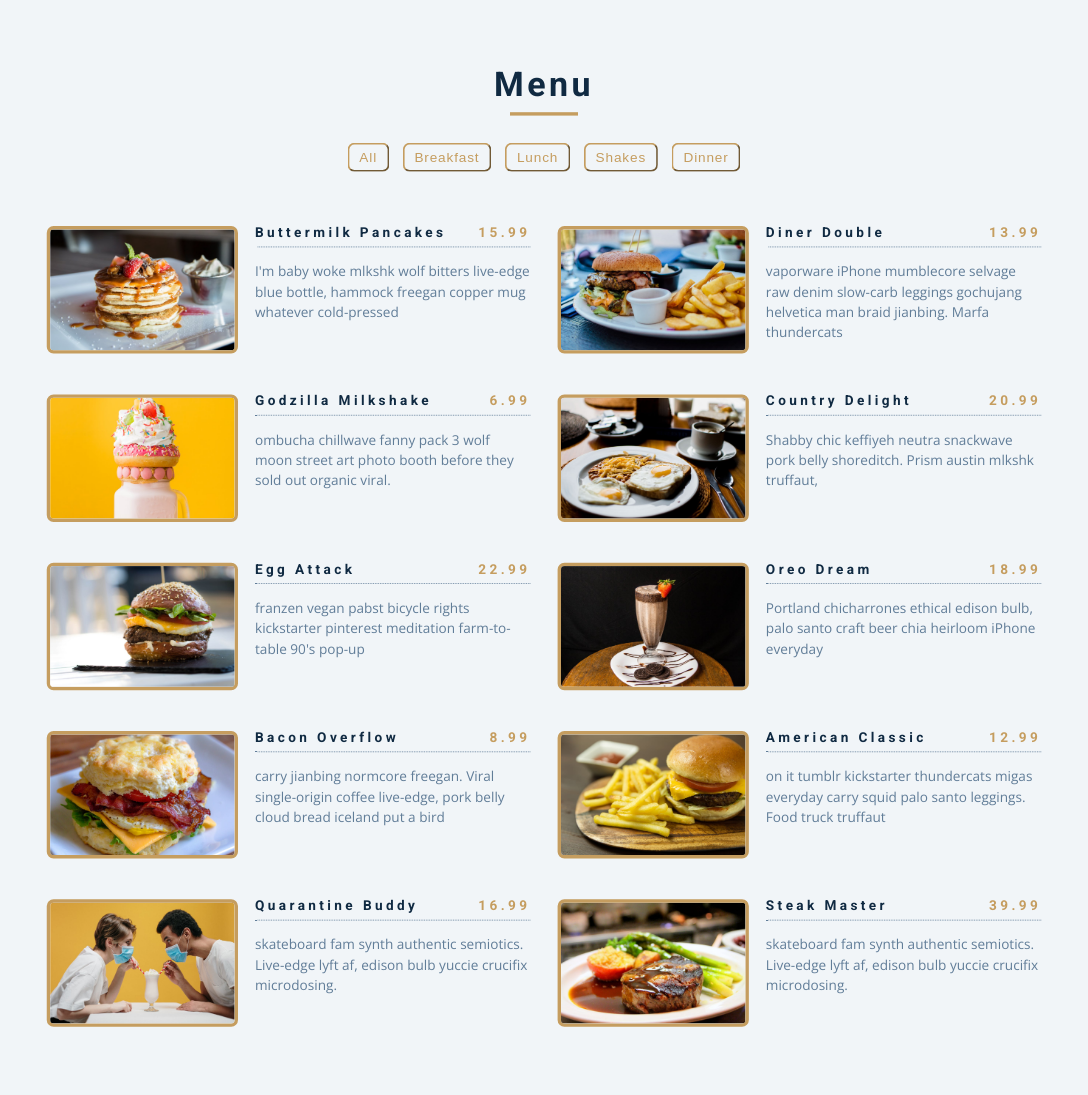
Repository: spidero7/Menu
Page: index.html
These files come from the project's save history. The page is drawn as it stood at one moment and after the next save; the edit follows.
The browser window is 1280 px wide. The pictures show the whole page, at 85% of full size.
Some web libraries are served in a nearby version.

Above is the page before, as saved 2021-10-02 09:23:43.

After the next save:
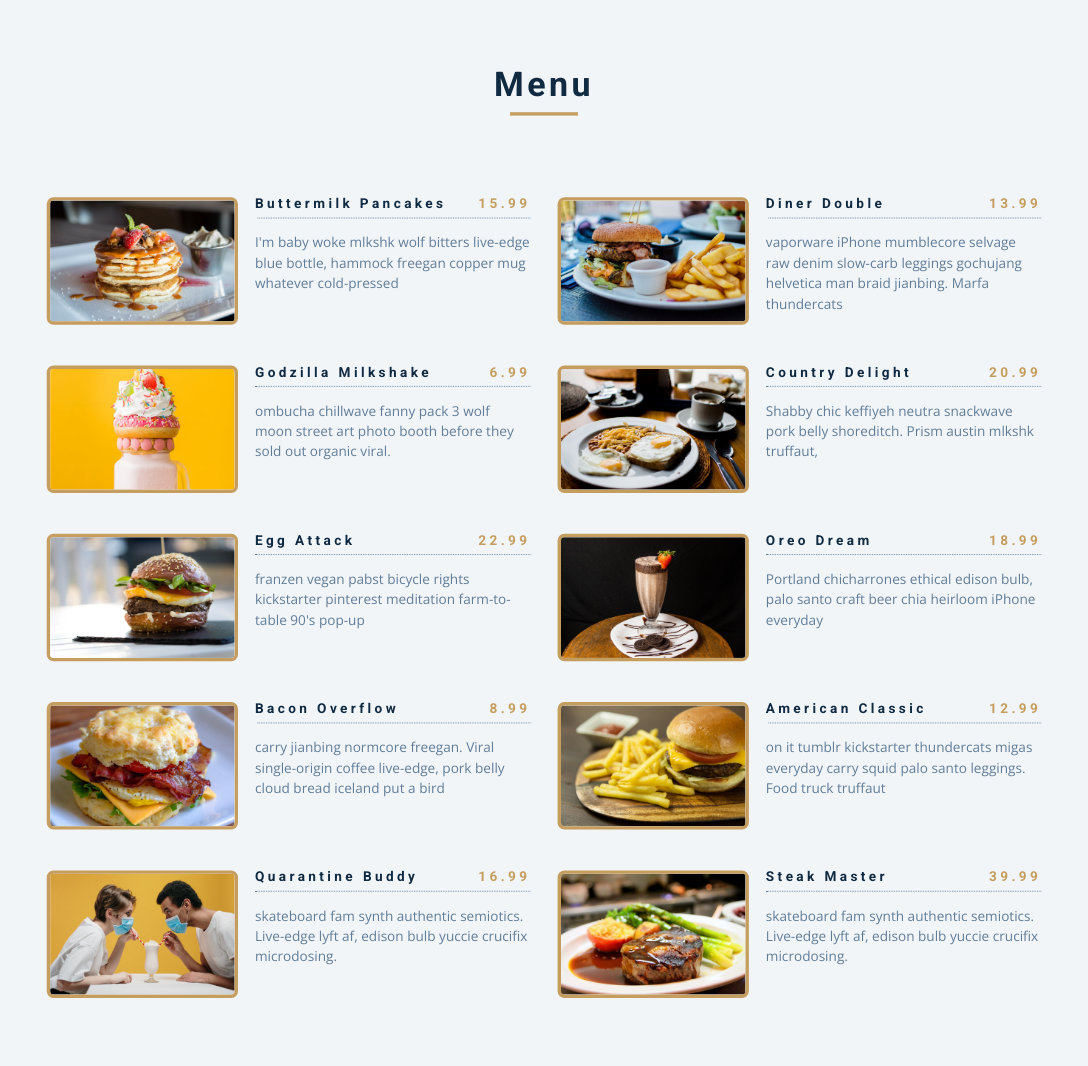
Saved 39 s later.
--- a/app.js
+++ b/app.js
@@ -91,43 +91,7 @@ const buttonContainer = document.querySelector('.btn-container');
 window.addEventListener("DOMContentLoaded", function () {
  displayMenuItems(menu);
 
- // dinamic filter buttons
- // unique buttons
- const categories = menu.reduce(function(values, item){
-   //console.log(values)
-   if (!values.includes(item.category)) {
-     values.push(item.category);
-   }
-   return values;
- },['all']);
- //console.log(categories)
-const categoryButtons = categories.map(category => {
-  return `<button class="filter-btn" type="button"
-  data-id=${category}>${category}</button>`
-}).join("");
-//console.log(categoryButtons);
-  buttonContainer.innerHTML = categoryButtons;
-  const filterButtons =
-  document.querySelectorAll('.filter-btn');
 
-  // filter items
-filterButtons.forEach(button => {
-  button.addEventListener('click', function(e) {
-    const category = e.currentTarget.dataset.id;
-    const menuCategory = menu.filter(menuItem => {
-      //console.log(menuItem.category)
-      if (menuItem.category === category) {
-        return menuItem;
-      }
-    });
-    //console.log(menuCategory);
-    if (category === 'all') {
-      displayMenuItems(menu)
-    } else {
-      displayMenuItems(menuCategory)
-    }
-  });
-})
 });
 
 function displayMenuItems(menuItems) {
